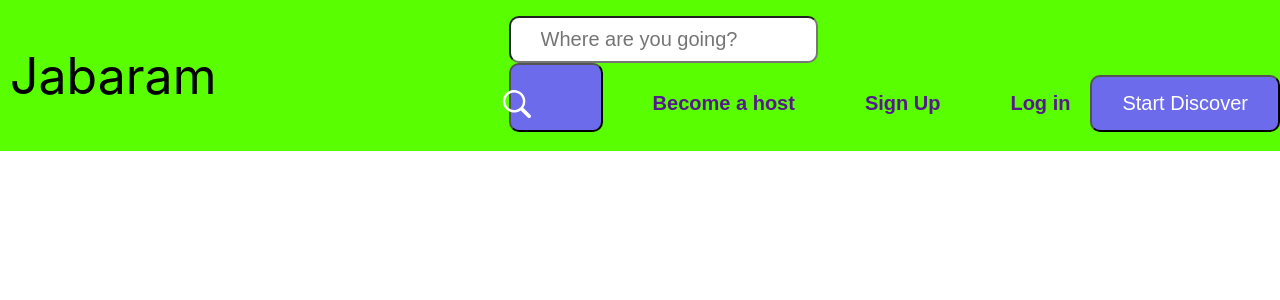
Repository: manahiang/Jabaram-web
Page: / (app in src/)
The author's editor kept a copy of each file at every save. The page is drawn from the files as they stood at one save, then again after a run of saves.
The browser window is 1280 px wide. The pictures show the whole page.
The project was rebuilt for these pictures with package versions that can differ from the ones it lists, and the page was loaded fresh each time. Also part of the build but not shown: src/src/App.css.

Above is the page before, as saved 2022-11-30 10:05:03.

After the next 2 saves:
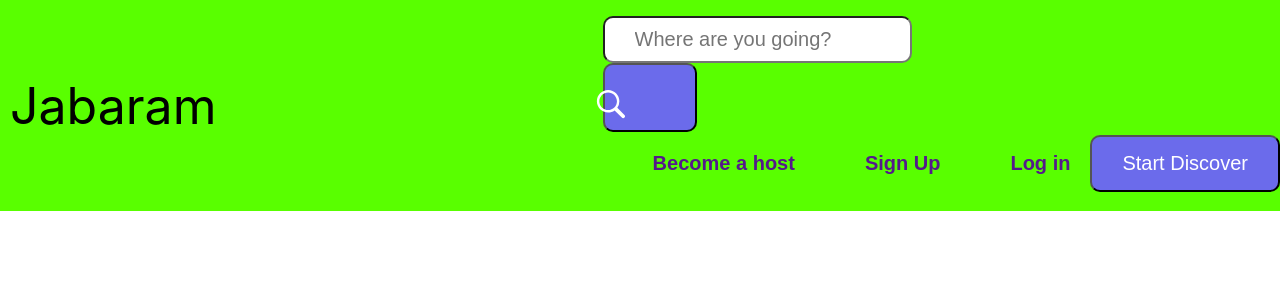
The 2 saves are shown as one change because they came seconds apart.
The last was saved 8 s later.
--- a/src/src/header.js
+++ b/src/src/header.js
@@ -9,7 +9,7 @@ function Header() {
                 <div className='menu'>
                     <ul>
                         <input placeholder='Where are you going?' />
-                        <div></div><button><GoSearch className='icon-search-Go'/></button>
+                        <div><button><GoSearch className='icon-search-Go'/></button></div>
                         <li><a href=''>Become a host</a></li>
                         <li><a href=''>Sign Up</a></li>
                         <li><a href=''>Log in</a></li>
